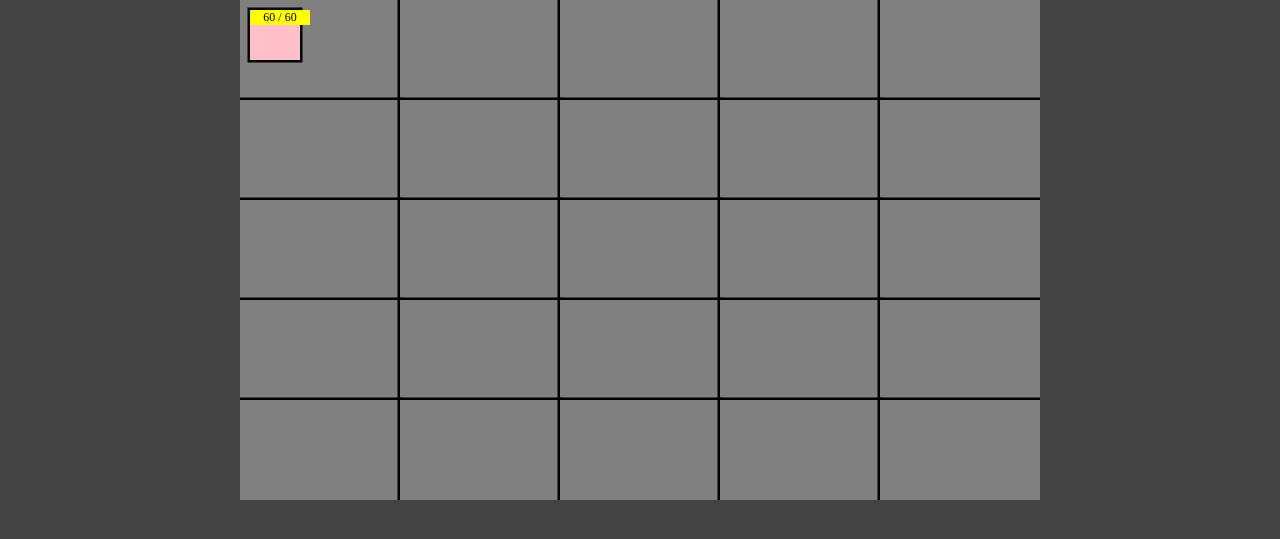
Repository: StevenZsombo/games
Page: docs/cats.html
These files come from the project's save history. The page is drawn as it stood at one moment and after the next save; the edit follows.
The browser window is 1280 px wide. The pictures show the whole page.

Above is the page before, as saved 2025-07-03 23:41:47.

### docs/cats.html
<!DOCTYPE html>
<html lang="en">

<head>
  <meta charset="UTF-8">
  <meta name="viewport" content="width=device-width, initial-scale=1.0">
  <title>Game by Steven Zs :)</title>
  <style>
    body {
      margin: 0;
      padding: 0;
      min-height: 100vh;
      display: flex;
      justify-content: center;
      background: #444;
    }

    #canvasContainer {
      margin: 0;
      max-width: 800px;
      max-height: 500px;
      width: 100%;
      background: #000000;
    }

    #canvasContainer.full {
      position: fixed;
      top: 0;
      left: 0;
      right: 0;
      bottom: 0;
      margin: 0;
      max-width: none;
      max-height: none;
      display: flex;
      align-items: center;
      justify-content: center;
    }

    canvas {
      display: block;
      background: #000000;
      aspect-ratio: 800/500;
      width: 100%;
      height: auto;
    }

    #canvasContainer.full canvas {
      width: min(100vw, calc(100vh * 1.6));
      height: min(100vh, calc(100vw / 1.6));
      max-width: none;
      max-height: none;
    }
  </style>
</head>

<body id="body">
  <div id="canvasContainer">
    <canvas id="myCanvas" width="800" height="500"></canvas>
  </div>

  <script>
    function fullscreenToggle() {
      document.getElementById('canvasContainer').classList.toggle('full');
    }
  </script>
  <script src="MM.js"></script>
  <script src="scripts.js"></script>
  <script src="animations.js"></script>
  <script src="gui.js"></script>
  <script src="template.js"></script>
</body>

</html>

### docs/gui.js
class Framerater {
	constructor(isRunning = true) {
		this.measuredTimeInterval = 250
		//for now lock at 500, should be 30 or so or even less
		this.timeStamps = []
		this.fps = 0.1
		this.tickrate = 0.1
		this.button = new Button({
			x: 10,
			y: 10,
			width: 60,
			height: 15,
			fontsize: 12,
			color: "yellow",
			outline: 0,
			follow_mouse: true
		})
		this.isRunning = isRunning
		this.startTime = Date.now()
		this.totalTicks = 0
		this.totalFrames = 0
	}
	get elapsed() {
		return Math.floor((Date.now() - this.startTime) / 100) / 10
	}
	update(dt, noDrawingNeeded) {
		if (this.isRunning) {
			this.totalTicks += 1
			this.totalFrames += noDrawingNeeded ? 0 : 1
			let curr_time = Date.now()
			this.timeStamps.push([curr_time, noDrawingNeeded])
			let i = this.timeStamps.findIndex(x => curr_time - x[0] < this.measuredTimeInterval)
			this.timeStamps = this.timeStamps.slice(i)
			this.tickrate = Math.floor(this.timeStamps.length / this.measuredTimeInterval * 1000)
			this.fps = Math.floor(this.timeStamps.filter(
				x => !x[1]
			).length / this.measuredTimeInterval * 1000)

		}
	}

	draw(screen) {
		if (this.isRunning) {
			this.button.txt = `${this.fps} / ${this.tickrate}`
			this.button.draw(screen)
		}
	}
}

class Keyboarder {
	constructor(denybuttons) {
		if (denybuttons === null) {
			throw "did not specify whether keypress propagation should be denied or not"
		}
		/*-----------------------------------------------worst idea ever---------------------------------------------------------*/
		fullscreenToggle = MM.extFunc(fullscreenToggle, () => game.mouser.whereIsCanvas())
		this.bufferExpiration = null //null for no expiration, or milliseconds
		this.held = {}
		const held = this.held
		this.pressed = {}
		const pressed = this.pressed
		this.strokeBuffer = []
		const strokeBuffer = this.strokeBuffer

		document.addEventListener('keydown', (e) => {
			if (denybuttons) {
				e.preventDefault()
				e.stopPropagation()
			}
			if (!held[e.key]) {
				held[e.key] = true
				pressed[e.key] = true
				strokeBuffer.push([Date.now(), e.key])
			}
		}
		)
		document.addEventListener('keyup', (e) => {
			held[e.key] = false
			pressed[e.key] = false
			if (e.key == "F") {
				fullscreenToggle()
			}
			if (denybuttons) {
				e.preventDefault()
				e.stopPropagation()
			}
		}
		)
	}
	get strokes() {
		return this.strokeBuffer.map(x => x[1]).join("")
	}
	update(dt, now) {
		if (this.strokeBuffer.length && this.bufferExpiration != null) {
			if (now - this.strokeBuffer.at(-1)[0] > this.bufferExpiration) {
				this.strokeBuffer.length = 0
			}
		}
	}
	flushstrokes() {
		this.strokeBuffer.length = 0
	}
	next_loop() {
		Object.keys(this.pressed).forEach(
			x => this.pressed[x] = false
		)
	}

}

class Mouser {
	constructor(canvas) {
		this.x = null
		this.y = null
		this.clicked = false
		this.released = false
		this.down = false

		this.canvas = canvas
		this.addListeners(canvas)
		this.whereIsCanvas()
	}

	whereIsCanvas() {
		const canvas = this.canvas
		this.cRect = canvas.getBoundingClientRect()
		this.cW = canvas.width
		this.cH = canvas.height
		this.scaleX = canvas.width / this.cRect.width
		this.scaleY = canvas.height / this.cRect.height
	}
	whereAmI(e) {
		//event
		this.x = (e.clientX - this.cRect.left) * this.scaleX
		//Account for canvas position
		this.y = (e.clientY - this.cRect.top) * this.scaleY
	}

	addListeners(canvas) {
		canvas.addEventListener('pointermove', (e) => {
			e.preventDefault()
			e.stopPropagation()
			this.whereAmI(e)
			//e.pointerType //can be 'mouse', 'pen', 'touch'

		}
		)
		canvas.addEventListener('pointerdown', (e) => {
			e.preventDefault()
			e.stopPropagation()
			if (e.button == 0) {
				this.whereAmI(e)
				this.clicked = true
				this.down = true
			}
			//e.shiftKey, e.ctrlKey //true or false
			//button = 0 or 2
			//for some reason clicking both simultaneously does sweet FA
		}
		)
		canvas.addEventListener('pointerup', (e) => {
			e.preventDefault()
			e.stopPropagation()
			this.whereAmI(e)
			this.released = true
			this.down = false
		}
		)
		canvas.addEventListener('pointerout', (e) => {
			e.preventDefault()
			e.stopPropagation()
			this.released = true
			this.x = null
			this.y = null
		}
		)
		canvas.addEventListener('pointercancel', (e) => {
			e.preventDefault()
			e.stopPropagation()
			this.released = true
		}
		)
		window.addEventListener("resize", this.whereIsCanvas.bind(this))
		window.addEventListener("scroll", this.whereIsCanvas.bind(this))
		window.addEventListener('contextmenu', (e) => {
			e.preventDefault()
			e.stopPropagation()
		})
	}
	get held() {
		return this.down && !this.released
	}

	get pos() {
		return {
			x: this.x,
			y: this.y
		}
	}

	next_loop() {
		this.clicked = false
		this.released = false
	}

	changeCursor(type) {
		game.canvas.style.cursor = type
	}

}

class Cropper {
	constructor() {
		this.canvas = document.createElement("canvas")
		this.ctx = this.canvas.getContext("2d")
	}

	load_images(names, containerDict, whatToCallAfter) {
		let num = names.length
		const onload = () => { --num === 0 && whatToCallAfter() }
		for (const item of names) {
			const img = new Image
			containerDict[item] = img
			img.crossOrigin = "Anonymous"
			img.src = item
			img.onload = onload
		}

	}

	load_img(source, on_end) {
		try {
			const img = new Image()
			img.crossOrigin = 'Anonymous'
			img.src = source
			if (on_end != null) {
				img.onload = () => { return on_end(img) }
			}
			return img
		} catch (error) {
			console.error(error)
		}

	}

	resize(img, width, height) {
		this.canvas.width = width
		this.canvas.height = height
		this.ctx.drawImage(img, 0, 0, width, height)
		const ret = new Image()
		ret.src = this.canvas.toDataURL()
		return ret
	}

	crop(img, rect) {
		this.canvas.width = rect.width
		this.canvas.height = rect.height
		this.ctx.drawImage(img, rect.x, rect.y, rect.width, rect.height, 0, 0, rect.width, rect.height)
		const ret = new Image()
		ret.src = this.canvas.toDataURL()
		return ret
	}

	cropGrid(img, rows, cols) {
		const rect = new Rect(0, 0, img.width, img.height)
		const rects = rect.splitGrid(cols, rows)
		const ret = []
		for (let row of rects) {
			ret.push([])
			for (let col of row) {
				ret.at(-1).push(this.crop(img, col))
			}
		}
		return ret
	}


}

### docs/template.js
//should import scripts.js
const framerateUnlocked = false
const denybuttons = false

window.onload = function () {
    let canvas = document.getElementById("myCanvas")
    canvas.style.touchAction = 'none'
    canvas.style.userSelect = 'none'
    canvas.style.webkitUserDrag = 'none'
    document.addEventListener('dragover', (e) => {
        e.preventDefault()
        e.stopPropagation()
    }
    )
    document.addEventListener('drop', (e) => {
        e.preventDefault()
        e.stopPropagation()
    }
    )
    canvas.tabIndex = 0
    //canvas.focus()
    beforeMain(canvas)
}

const beforeMain = function (canvas) {
    const cropper = new Cropper()
    const cont = {}
    main(canvas)
    /*
    cropper.load_images("cats.png arrows.png".split(" "), cont, () => {
        files.push(cont["cats.png"])
        files.push(cont["arrows.png"])
        main(canvas)
    })
    */


}

const main = function (canvas) {
    canvas ??= document.getElementById("myCanvas")
    game = new Game(canvas)
    game.tick()
}

class Game {
    constructor(canvas) {
        this.canvas = canvas
        this.screen = canvas.getContext("2d")
        this.WIDTH = canvas.width
        this.HEIGHT = canvas.height
        this.SIZE = {
            x: this.WIDTH,
            y: this.HEIGHT
        }
        this.rect = new Rect(0, 0, this.WIDTH, this.HEIGHT)
        this.BGCOLOR = stgs.BGCOLOR ?? "lightgray"
        //null for transparent
        this.CENTER = {
            x: this.SIZE.x / 2,
            y: this.SIZE.y / 2
        }

        this.mouser = new Mouser(canvas)
        this.keyboarder = new Keyboarder(denybuttons)
        this.framerate = new Framerater(true)
        this.framerateUnlocked = framerateUnlocked //redundant unless reused
        this.animator = new Animator()

        this.on_update_extras = []
        this.on_draw_extras = []
        this.extras = []

        this.layers = Array(10).fill().map(x => [])
        this.clickables = []

        this.add_clickable(this.framerate.button) //may be unwise


        this.lastCycleTime = Date.now()

        this.isRunning = true
        this.isDrawing = true

        this.initialize()
        this.initialize_more()
    }
    initialize() {

    }

    tick() {
        if (!this.isDrawing) {
            this.drawnAlready = true
        }
        if (!this.isRunning) {
            return
        }
        const now = Date.now()
        const dt = (now - this.lastCycleTime)
        this.lastCycleTime = now

        const screen = this.screen
        this.drawnAlready ? null : this.draw_reset(screen)
        this.update(dt)
        this.update_more(dt)
        this.on_update_extras.forEach(x => x.call(this))
        this.drawnAlready ? null : this.draw(screen)
        this.drawnAlready ? null : this.draw_more(screen)
        this.on_draw_extras.forEach(x => x.call(this))
        this.next_loop()
        this.next_loop_more()
        this.extras.forEach(x => x.call(this))
        this.extras.length = 0
        if (!this.isRunning) {
            return
        }

        this.framerate.update(dt, this.drawnAlready)
        if (!this.framerateUnlocked) {
            requestAnimationFrame(this.tick.bind(this))
        } else {
            setTimeout(this.tick.bind(this), 0)
            if (!this.drawnAlready) {
                this.drawnAlready = true
                requestAnimationFrame((function () { this.drawnAlready = false }).bind(this))
                this.animator.draw()
            }
        }




    }

    update(dt) {
        //update
        const now = Date.now()
        this.keyboarder.update(dt, now)
        this.update_clickables(dt)
        this.animator.update(dt)
        this.update_more(dt)

    }

    update_clickables(dt) {
        for (const b of this.clickables) {
            b.check(this.mouser.x, this.mouser.y, this.mouser.clicked, this.mouser.released, this.mouser.held)
        }

    }

    draw(screen) {
        //draw
        this.draw_layers(screen)
        this.framerate.draw(screen)

    }

    draw_reset(screen) {
        if (this.BGCOLOR) {
            screen.fillStyle = this.BGCOLOR
            screen.fillRect(0, 0, this.WIDTH, this.HEIGHT)
        } else {
            screen.clearRect(0, 0, this.WIDTH, this.HEIGHT)
        }
    }

    draw_layers(screen) {
        for (const layer of this.layers) {
            for (const item of layer) {
                item.draw(screen)
            }
        }
    }

    next_loop() {
        this.mouser.next_loop()
        this.keyboarder.next_loop()
    }
    close() {
        this.isRunning = false
        setTimeout(x => game.screen.fillRect(0, 0, game.WIDTH, game.HEIGHT), 100)

    }
    add_clickable(items, layer = 5) {
        if (!Array.isArray(items)) {
            items = [items]
        }
        for (const item of items) {
            this.add_drawable(item, layer)
            this.clickables.push(item)
        }
    }
    add_drawable(items, layer = 5) {
        if (!Array.isArray(items)) {
            items = [items]
        }
        for (const item of items) {
            this.layers[layer].push(item)
        }
    }


    ////////////////////////////////////////////////////////////////////////////////////////////////////////////////////
    ////////////////////////////////////////////////////////////////////////////////////////////////////////////////////
    ////////////////////////////////////////////////////////////////////////////////////////////////////////////////////
    ////////////////////////////////////////////////////////////////////////////////////////////////////////////////////
    ////////////////////////////////////////////////////////////////////////////////////////////////////////////////////
    ///                                             customize here                                                   ///
    /// ////////////////////////////////////////////////////////////////////////////////////////////////////////////////
    ///                                                                                                              ///
    ///         these are called  when appropriate                                                                   ///
    ///                                                                                                              ///
    ///         initialize_more                                                                                      ///
    ///         draw_more                                                                                            ///
    ///         update_more                                                                                          ///
    ///         next_loop_more                                                                                       ///
    ///                                                                                                              ///
    ///                                                                                                              ///
    ///                                                                                                              ///
    ///                                                                                                              ///
    ///                                                                                                              ///
    ///                                                                                                              ///
    ///                                                                                                              ///
    ///                                                                                                              ///
    ///                                                                                                              ///
    ///                                                                                                              ///
    ///                                                                                                              ///
    ///                                                                                                              ///
    ///                                                                                                              ///
    ///                                                                                                              ///
    ///                                             INITIALIZE                                                       ///
    /// start initialize_more:::::::::::::::::::::::::::::::::::::::::::::::::::::::::::::::::::::::::::::::::::::::::::
    initialize_more() {




        this.shm = new SpatialHashGrid(this.WIDTH, this.HEIGHT, 20, 20)
        this.inds = this.rect.splitGrid(5, 5).flat().map(Button.fromRect)
        this.mr = new Button({ x: 10, y: 10, width: 50, height: 50, color: "pink" })
        this.mouser.x = 10
        this.mouser.y = 20
        //this.shm.addClient(this.mr)
        this.add_drawable(this.mr, 3)
        this.add_drawable(this.mr, 8)
        this.add_drawable(this.inds)
        for (const r of this.inds) {
            r.color = "gray"

        }
    }
    ///end initialize_more^^^^^^^^^^^^^^^^^^^^^^^^^^^^^^^^^^^^^^^^^^^^^^^^^^^^^^^^^^^^^^^^^^^^^^^^^^^^^^^^^^^^^^^^^^^^
    ///                                         ^^^^INITIALIZE^^^^                                                   ///
    ///                                                                                                              ///
    ///                                               UPDATE                                                         ///
    /// start update_more:::::::::::::::::::::::::::::::::::::::::::::::::::::::::::::::::::::::::::::::::::::::::::::::
    update_more(dt) {
        if (this.rect.deflate(60, 60).collidepoint(this.mouser.x, this.mouser.y)) { this.mr.centerat(this.mouser.x, this.mouser.y) }
        //for (member of this.shm.findNear(this.mr)) {



    }
    ///end update_more^^^^^^^^^^^^^^^^^^^^^^^^^^^^^^^^^^^^^^^^^^^^^^^^^^^^^^^^^^^^^^^^^^^^^^^^^^^^^^^^^^^^^^^^^^^^^^^^
    ///                                           ^^^^UPDATE^^^^                                                     ///
    ///                                                                                                              ///
    ///                                                DRAW                                                          ///
    ///start update_more::::::::::::::::::::::::::::::::::::::::::::::::::::::::::::::::::::::::::::::::::::::::::::::::
    draw_more(screen) {






    }
    ///end draw_more^^^^^^^^^^^^^^^^^^^^^^^^^^^^^^^^^^^^^^^^^^^^^^^^^^^^^^^^^^^^^^^^^^^^^^^^^^^^^^^^^^^^^^^^^^^^^^^^^^
    ///                                            ^^^^DRAW^^^^                                                      ///
    ///                                                                                                              ///
    ///                                              NEXT_LOOP                                                       ///
    ///start next_loop_more:::::::::::::::::::::::::::::::::::::::::::::::::::::::::::::::::::::::::::::::::::::::::::::
    next_loop_more() {

    }
    ///end next_loop_more^^^^^^^^^^^^^^^^^^^^^^^^^^^^^^^^^^^^^^^^^^^^^^^^^^^^^^^^^^^^^^^^^^^^^^^^^^^^^^^^^^^^^^^^^^^^^
    ///                                          ^^^^NEXT_LOOP^^^^                                                   ///
    ///                                                                                                              ///
    ///                                                                                                              ///
    /// ////////////////////////////////////////////////////////////////////////////////////////////////////////////////
} //this is the last closing brace

/// dev options
const dev = {

}/// end of dev
/// settings
const stgs = {


}

/**@type {Image[]} */
const files = []

/** @type {Game}*/
var game

Loaded but not shown: docs/scripts.js (717 lines, source omitted); docs/MM.js (368 lines, source omitted); docs/animations.js (422 lines, source omitted)

After the next save:
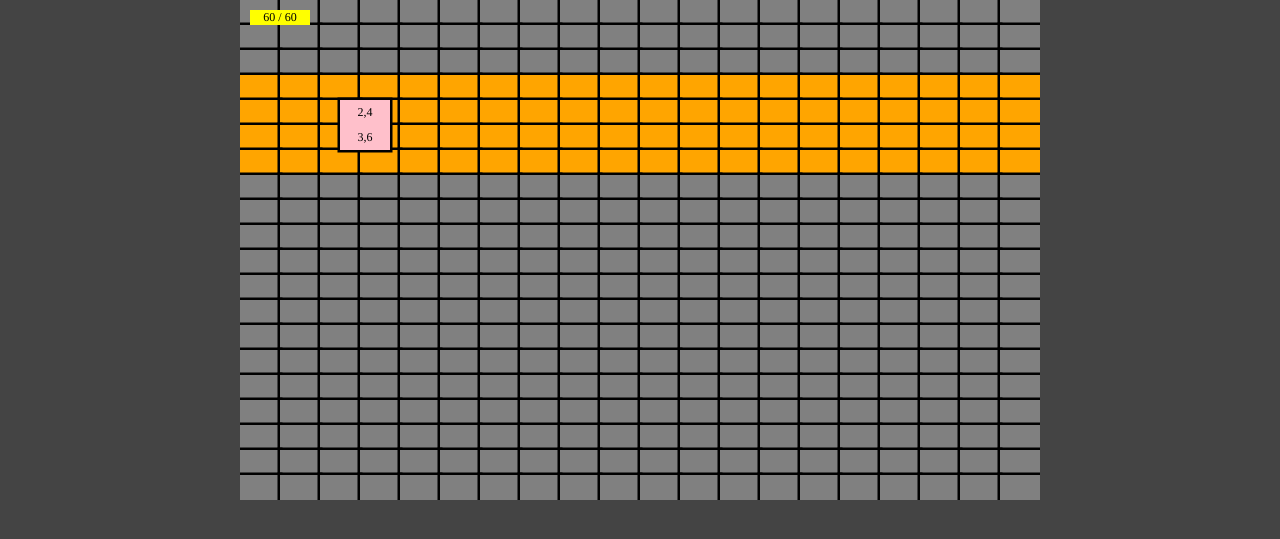
Saved 29 s later.
--- a/docs/template.js
+++ b/docs/template.js
@@ -238,18 +238,20 @@ class Game {
 
 
         this.shm = new SpatialHashGrid(this.WIDTH, this.HEIGHT, 20, 20)
-        this.inds = this.rect.splitGrid(5, 5).flat().map(Button.fromRect)
-        this.mr = new Button({ x: 10, y: 10, width: 50, height: 50, color: "pink" })
+        this.inds = this.rect.splitGrid(20, 20).flat().map(Button.fromRect)
+        this.mr = new Button({ x: 100, y: 100, width: 50, height: 50, color: "pink" })
         this.mouser.x = 10
         this.mouser.y = 20
-        //this.shm.addClient(this.mr)
+        this.shm.addClient(this.mr)
         this.add_drawable(this.mr, 3)
         this.add_drawable(this.mr, 8)
         this.add_drawable(this.inds)
         for (const r of this.inds) {
             r.color = "gray"
-
-        }
+            this.shm.addClient(r)
+
+        }
+        this.mr.fontsize = 12
     }
     ///end initialize_more^^^^^^^^^^^^^^^^^^^^^^^^^^^^^^^^^^^^^^^^^^^^^^^^^^^^^^^^^^^^^^^^^^^^^^^^^^^^^^^^^^^^^^^^^^^^
     ///                                         ^^^^INITIALIZE^^^^                                                   ///
@@ -257,11 +259,16 @@ class Game {
     ///                                               UPDATE                                                         ///
     /// start update_more:::::::::::::::::::::::::::::::::::::::::::::::::::::::::::::::::::::::::::::::::::::::::::::::
     update_more(dt) {
-        if (this.rect.deflate(60, 60).collidepoint(this.mouser.x, this.mouser.y)) { this.mr.centerat(this.mouser.x, this.mouser.y) }
-        //for (member of this.shm.findNear(this.mr)) {
-
-
-
+        this.inds.forEach(r => this.shm.updateClient(r))
+        if (this.rect.copy.deflate(60, 60).collidepoint(this.mouser.x, this.mouser.y)) {
+            this.mr.centerat(this.mouser.x, this.mouser.y)
+        }
+        this.shm.updateClient(this.mr)
+        this.mr.txt = this.mr.shmindices
+        const friends = this.shm.findNear(this.mr)
+        for (const r of this.inds) {
+            r.selected = friends.has(r)
+        }
     }
     ///end update_more^^^^^^^^^^^^^^^^^^^^^^^^^^^^^^^^^^^^^^^^^^^^^^^^^^^^^^^^^^^^^^^^^^^^^^^^^^^^^^^^^^^^^^^^^^^^^^^^
     ///                                           ^^^^UPDATE^^^^                                                     ///
